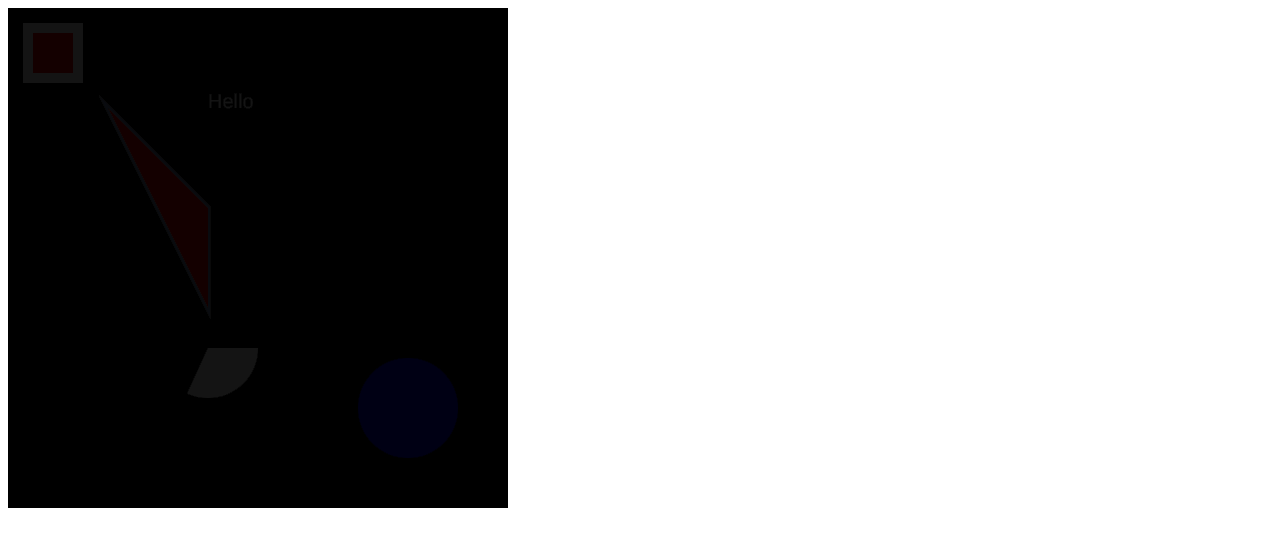
Repository: polymaze/rts-td
Page: canvas.html
The author's editor kept a record of every edit. The page is drawn from the files as they stood at one moment, then again after the next edit.
The browser window is 1280 px wide. The pictures show the whole page.

Above is the page before.
Console error: ReferenceError: posY is not defined

### canvas.html
<!DOCTYPE html>
<html lang="en">
<head>
  <meta charset="utf-8" />
  <title>Canvas Demo</title>
  <script>
    window.onload = function() {

      var canvas = document.getElementById("paper"),
        c = canvas.getContext("2d"),
        TWO_PI = Math.PI * 2;


      // make a box with decorations
      c.fillStyle = "black";
      c.fillRect(0, 0, canvas.width, canvas.height);

      c.fillStyle = "red";
      c.fillRect(20, 20, 50, 50);

      c.strokeStyle = "white";
      c.lineWidth = 10;
      c.strokeRect(20, 20, 50, 50);

      // create a line
      c.strokeStyle = "#7e9fc2";
      c.lineWidth = 5;  // shrink the line

      // animate a line
      c.beginPath();
      c.moveTo(100, 100);  // picking up a pen and drop it on a location
      c.lineTo(200, 200);  // draw a line to this point
      c.lineTo(200, 300); // continue the line
      c.closePath(); // closes shape
      c.stroke();  // call the stroke function to see the line
      c.fill();

      // draw text
      c.fillStyle = "white";
      c.font = "20px Helvetica";
      c.fillText("Hello", 200, 100);

      // draw an arc
      c.beginPath();
      c.moveTo(200, 340);
      c.arc(200, 340, 50, 0, 2, false);
      c.fill();

      // draw an arc (circle)
      c.fillStyle = "blue";
      c.beginPath();
      c.arc(400, 400, 50, 0, TWO_PI, false);
      c.fill();

      // animations
      var posX = 0,
          poxY = 200;
      setInterval(function(){

        posX += 4;

        if (posX > 200){
          posY += 3;
          posX = 200;
        }

        c.fillStyle = "rgba(0,0,0,0.05)";
        c.fillRect(0, 0, canvas.width, canvas.height);

        c.fillStyle = "white";
        c.beginPath();
        c.arc(posX, posY, 50, 0, TWO_PI, false);
        c.fill();

      }, 30);

    }
  </script>
  <style>
  </style>
</head>
<body>

  <canvas id="paper" width="500" height="500"></canvas>

</body>
</html>

After the next edit:
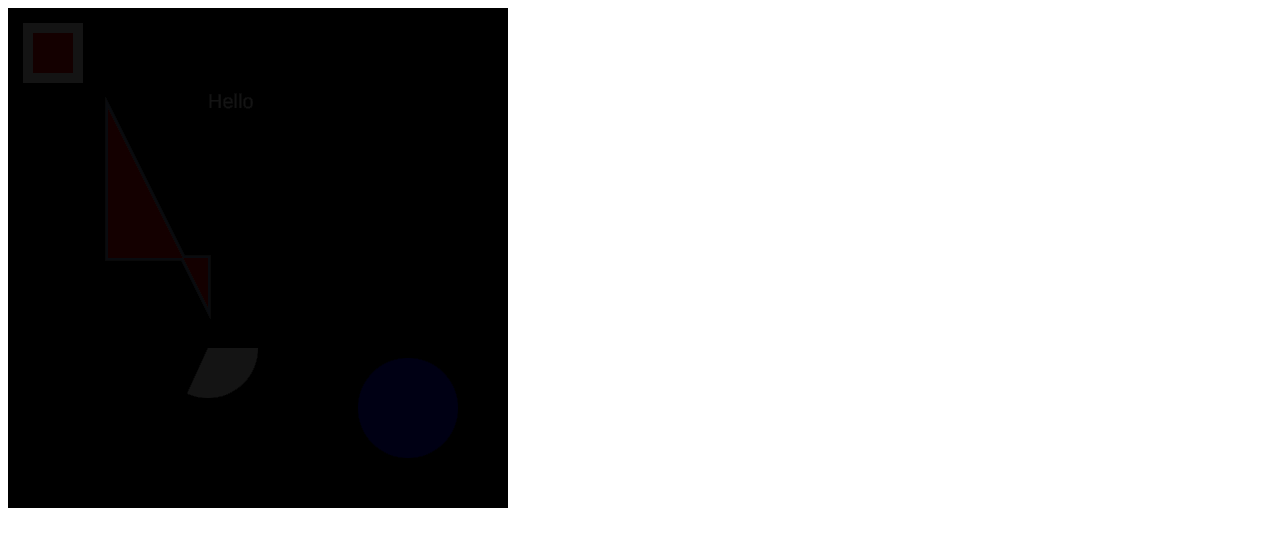
The edit:
--- a/canvas.html
+++ b/canvas.html
@@ -29,8 +29,10 @@
       // animate a line
       c.beginPath();
       c.moveTo(100, 100);  // picking up a pen and drop it on a location
-      c.lineTo(200, 200);  // draw a line to this point
+      c.lineTo(150, 200);  // draw a line to this point
       c.lineTo(200, 300); // continue the line
+      c.lineTo(200, 250);
+      c.lineTo(100, 250);
       c.closePath(); // closes shape
       c.stroke();  // call the stroke function to see the line
       c.fill();
